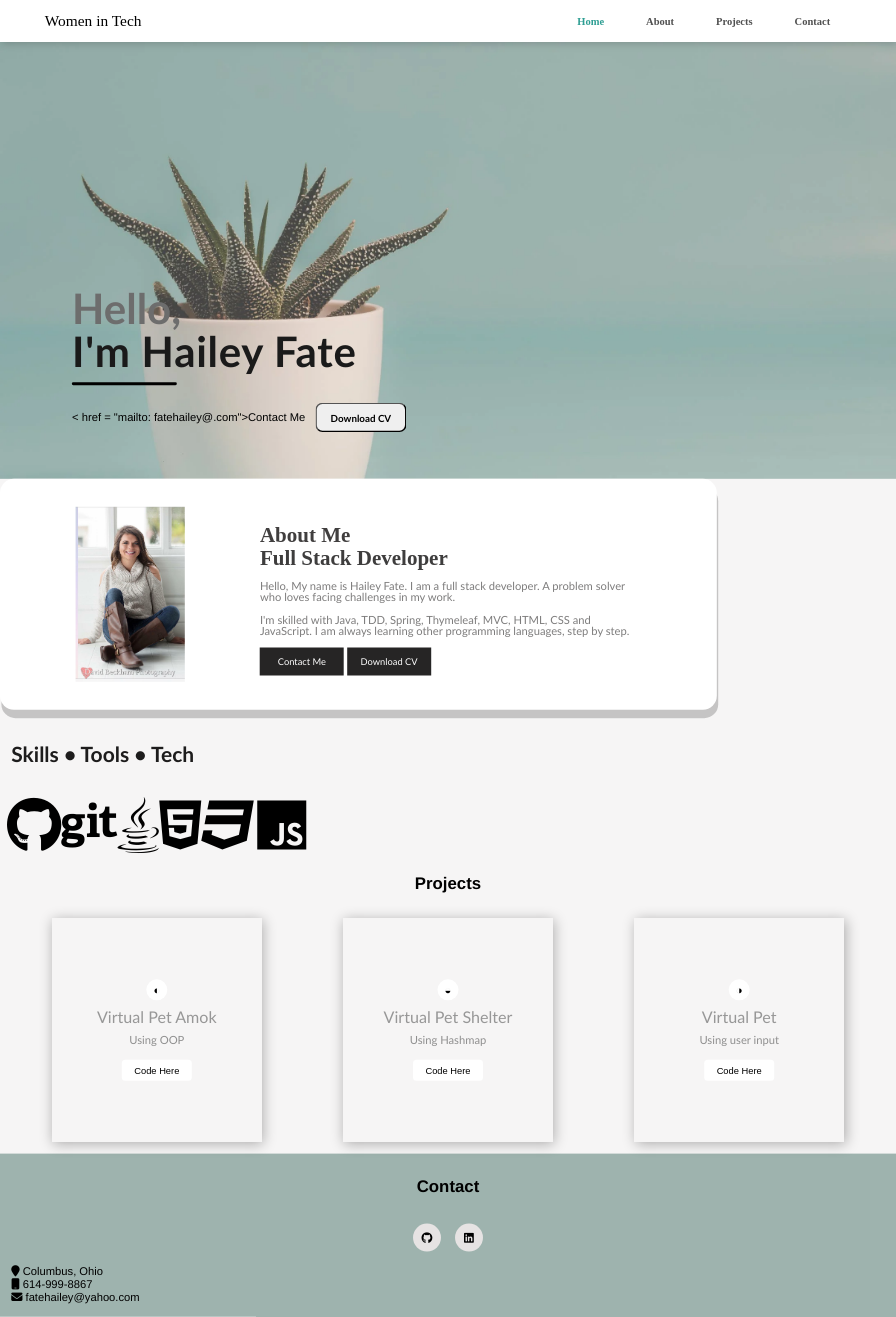
Repository: fatehailey/fatehailey.github.io
Page: index.html
These files come from the project's save history. The page is drawn as it stood at one moment and after the next save; the edit follows.
The browser window is 1280 px wide. The pictures show the whole page, at 70% of full size.
Some web libraries are served in a nearby version.

Above is the page before, as saved 2022-07-25 15:17:39.

### index.html
<!DOCTYPE html>
<html lang="en">

<head>
    <meta charset="UTF-8">
    <meta http-equiv="X-UA-Compatible" content="IE=edge">
    <meta name="viewport" content="width=device-width, initial-scale=1.0">
    <title>Professional Portfolio Website</title>
    <link rel="stylesheet" type="text/css" href="./style.css">
    <script src="https://kit.fontawesome.com/aba5373111.js" crossorigin="anonymous"></script>
</head>
<section>
    <!--------Navbar-->
    <nav>
        <header class="logo"> Women in Tech</header>
        <!--menu-->
        <ul>
            <li><a href="#" class="active">Home</a></li>
            <li><a href="#about">About</a></li>
            <li><a href="#projects">Projects</a></li>
            <li><a href="#contact-form">Contact</a></li>
        </ul>
    </nav>
    <!--text-->
    <div class="text-container">
        <p>Hello,</p>
        <p>I'm Hailey Fate</p>
        <p class="line"></p>
        < href = "mailto: fatehailey@.com"></
        <button id="contact-form">Contact Me</a>
        <a href="Resume -JAVA.pdf">
            <button>Download CV</button>
        </a>

    </div>
</section>
<div class="about-container">
    <!--img-->
    <img src="20638533_10207488042478732_6104525529025967976_n.jpg" />
    <!--about-me-text-->
    <div class="about-text">
        <p id="about">About Me</p>
        <p>Full Stack Developer</p>
        <p>Hello, My name is Hailey Fate. I am a full stack developer. A problem solver who loves facing challenges in
            my work. </p>
        <p>I'm skilled with Java, TDD, Spring, Thymeleaf, MVC, HTML, CSS and JavaScript. I am always learning other
            programming languages, step by step.</p>
        <button id="contacts">Contact Me</button>
        <button onclick="Resume -JAVA.pdf">Download CV</button>
    </div>
</div>

<!--Project-->
<div class="skills">
    <!--text-->
    <div class="skills-text ">
        <p>Skills • Tools • Tech</p>
    </div>
    <div class="column">
        <i class="fa-brands fa-github"></i>
        <i class="fa-brands fa-git"></i>
        <i class="fa-brands fa-java"></i>
        <i class="fa-brands fa-html5"></i>
        <i class="fa-brands fa-css3"></i>
        <i class="fa-brands fa-js"></i>
    </div>
</div>
<h2 id="projects" style="text-align:center">Projects </h2>
<div class="box-container">
    <!--1------------->
    <div class="box-1">
        <span>◐</span>
        <p class="heading">Virtual Pet Amok</p>
        <p class="details">Using OOP</p>
        <a href="https://github.com/2022-April-Java-PT-Classroom/virtual-pet-amok-fatehailey">
            <button>Code Here</button>
        </a>
    </div>
    <!--2------------->
    <div class="box-2">
        <span>◒</span>
        <p class="heading">Virtual Pet Shelter</p>
        <p class="details">Using Hashmap</p>
        <a href="https://github.com/2022-April-Java-PT-Classroom/virtual-pet-shelter-fatehailey">
            <button>Code Here</button>
        </a>
    </div>
    <!--3------------->
    <div class="box-3">
        <span>◑</span>
        <p class="heading">Virtual Pet</p>
        <p class="details">Using user input</p>
        <a href="https://github.com/2022-April-Java-PT-Classroom/virtual-pet-fatehailey">
            <button>Code Here</button>
        </a>
    </div>
</div>
<footer>
    <div class="social-footer">
        <h2 id="contacts" style="text-align:center">Contact</h2>
        <div class="social-icons">
            <a href="https://github.com/fatehailey"><i class="fa-brands fa-github"></i></a>
            <a href="https://www.linkedin.com/in/haileyfate/"><i class="fa-brands fa-linkedin"></i></a>
        </div>
        <div class="place">
            <span class="fa-solid fa-location-pin"></span>
            <span class="text">Columbus, Ohio</span>
        <div class="phone">
            <span class="fa-solid fa-mobile"></span>
            <span class="text">614-999-8867</span>
        </div>
        <div class="email">
            <span class="fa-solid fa-envelope"></span>
            <span class="text">fatehailey@yahoo.com</span>
        </div>

    </div>
</footer>
</body>
</html>

### style.css

body{
    background-color: #f6f5f5;
    margin: 0;
    padding: 0px;
    font-family: 'Franklin Gothic Medium', 'Arial Narrow', Arial, sans-serif;
}
ul{
    list-style: none;
}
a{
    text-decoration: none;
}
section{
    width: 100%;
    height: 95vh;
    background-image: url('pexels-photo-1445416.webp');
    background-repeat: no-repeat;
    background-size: cover;
}
nav{
    display: flex;
    justify-content: space-between;
    align-items: center;
    height: 60px;
    background-color: #FFFFFF;
    box-shadow: 2px 2px 12px rgba(0,0,0,0.2);
    padding: 0px 5%;
}
nav ul{
    display: flex ;
}
nav ul li a{
    margin:30px;
    font-family: myraid pro regular;
    color:#505050;
    font-size: 15px;
    font-weight: 700;
}
.logo{
    font-family: RoadTest;
    color: #000000;
    font-size: 22px;
}
.active{
   font-weight:bold;
   color: #2e9e93;
}
.text-container p:nth-child(1){
    font-family: calibri;
    font-weight: bold;
    color: #6d6d6d;
    font-size: 60px;
    padding-bottom: 1rem;
}
.text-container p:nth-child(2){
    font-family: calibri;
    font-weight: bold;
    letter-spacing: 1px;
    color: #1a1a1a;
    font-size: 60px;
}
.text-container p:nth-child(3){
    font-family: myrid pro regular;
    color: #403e3e;
    font-size: 30px;
    line-height: 30px;
}
.text-container p{
    line-height: 0px;
    margin: 45px 0px 25px;
}
.line{
    width: 150px;
    height: 4px;
    background: #000000;
    margin: 10px auto;
    border-radius: 5px;
}
.text-container{
    position: absolute;
    left: 13%;
    top:42%;
    transform: translate(-13%, 42%);
}
.text-container button{
    width:130px;
    height: 42px;
    border-radius: 10px;
    font-family: calibri;
    font-weight: bold;
    font-size: 14px;
    outline:none;
    margin:0px 10px;
}
.abtme{
    border:2px solid #373636;
    color: #373636;
}
.down-cv{
    background-color: #0b0b0b;
    color: #FFFFFF;
    border: none;
}
button:active{
    transform:scale(1.1);
}

.about-container{
    width: 80%;
    height:330px;
    background-color: #ffffff;
    border-radius: 20px;
    box-shadow: 2px 12px rgba(0,0,0,0.2);
    display:flex;
    position: relative;
    justify-content: space-evenly;
    align-items: center;
}
.about-container img{
    height: 250px;
    margin-left: 5px;
}

.about-text{
    width: 550px;
    margin-left: 5px;;

}
.about-text p:nth-child(1){
    color: #403e3e;
    font-family: myriad pro;
    font-weight: bold;
    font-size: 30px;
    line-height: 0px;
}
.about-text p:nth-child(2){
    color: #3e3d3d;
    font-size: 30px;
    font-family: myriad pro;
    font-weight: bold;
    line-height: 5px;
}
.about-text p:nth-child(3),
.about-text p:nth-child(4){
    color: #7e7d7d;
    font-size: 20pxpx;
    font-family: calibri;
    line-height: 16px;
}
.about-text button{
    width:120px;
    height:40px;
    color: #FFFFFF;
    outline: none;
    border:none;
    font-family: calibri;
    background-color: #262525;
}
.skills-text p:nth-child(1){
	font-family: calibri;
	font-weight:bold;
	color:#1d1c1c;
	font-size:30px;
	line-height:0px;
}
.skills-text{
    padding-top: 2rem;
    padding-bottom: 2rem;
    padding-left: 1rem;;
	width: 500px;
    display: flex;
}
.column
{
    flex: 50%;
    padding: 0 10px 10px;
    display: flex;
    flex-flow: row wrap;
    margin-bottom: 15px;
    font-size: 5rem;
}
.column img
{
    float: left;
    width:  100px;
    height: 100px;
    object-fit: cover;
}
.box-container{
	display:flex;
	justify-content: space-around;
    padding: 1rem;
}
.box-1,.box-2,.box-3{
	width: 300px;
	height:320px;
	background-repeat: no-repeat;
	background-size: cover;
	box-shadow:2px 2px 18px rgba(0,0,0,0.3);
	align-items: center;
	justify-content: center;
	display: flex;
	flex-direction: column;
	margin: 0px 20px;
}
.box-1 span,
.box-2 span,
.box-3 span{
	width:30px;
	height:30px;
	border-radius:50%;
	background-color:#ffffff;
	display: flex;
	justify-content: center;
	align-items:center;
	font-family: calibri;
	font-weight: bold;
}
.box-1 p:nth-child(2),
.box-2 p:nth-child(2),
.box-3 p:nth-child(2){
	color:#979797;
	font-family: calibri;
	font-size: 23px;
	line-height:0px;

}
.box-1 p:nth-child(3),
.box-2 p:nth-child(3),
.box-3 p:nth-child(3){
	font-family: calibri;
	color:#8F8F8F;
	text-align:center;
	width: 230px;
	margin:0px 0px 20px 0px;

}
.box-1 button,
.box-2 button,
.box-3 button{
	width:100px;
	height:30px;
	background-color:#FFFFFF;
	border:none;
	outline: none;
	border-radius:5px;
}
footer{
    background-color: #9eb3ae;
    height: 220px;
    width: 100%;
    min-height: 5rem;
    margin: auto;
    padding-top: 1%;
}
.place{
    padding-left: 1rem;

}

.social-icons a{
    width:40px;
    height:40px;
    display: flex;
    justify-content: center;
    align-items: center;
    background-color:#e6e3e3;
    margin:20px 10px;
    border-radius:50%;
}
.social-icons{
    display: flex;
    justify-content: center;
}

.social-icons i,.social i{
    color:#000000;
}
.social-icons a:hover{
    background-color:#000000;
    box-shadow:2px 2px 12px rgba(0,0,0,0.2);
    transition:all ease 0.5s;
}
.social-icons a:hover i,
.social a:hover i{
    color:#FFFFFF;
    transition:all ease 0.5s;
}

After the next save:
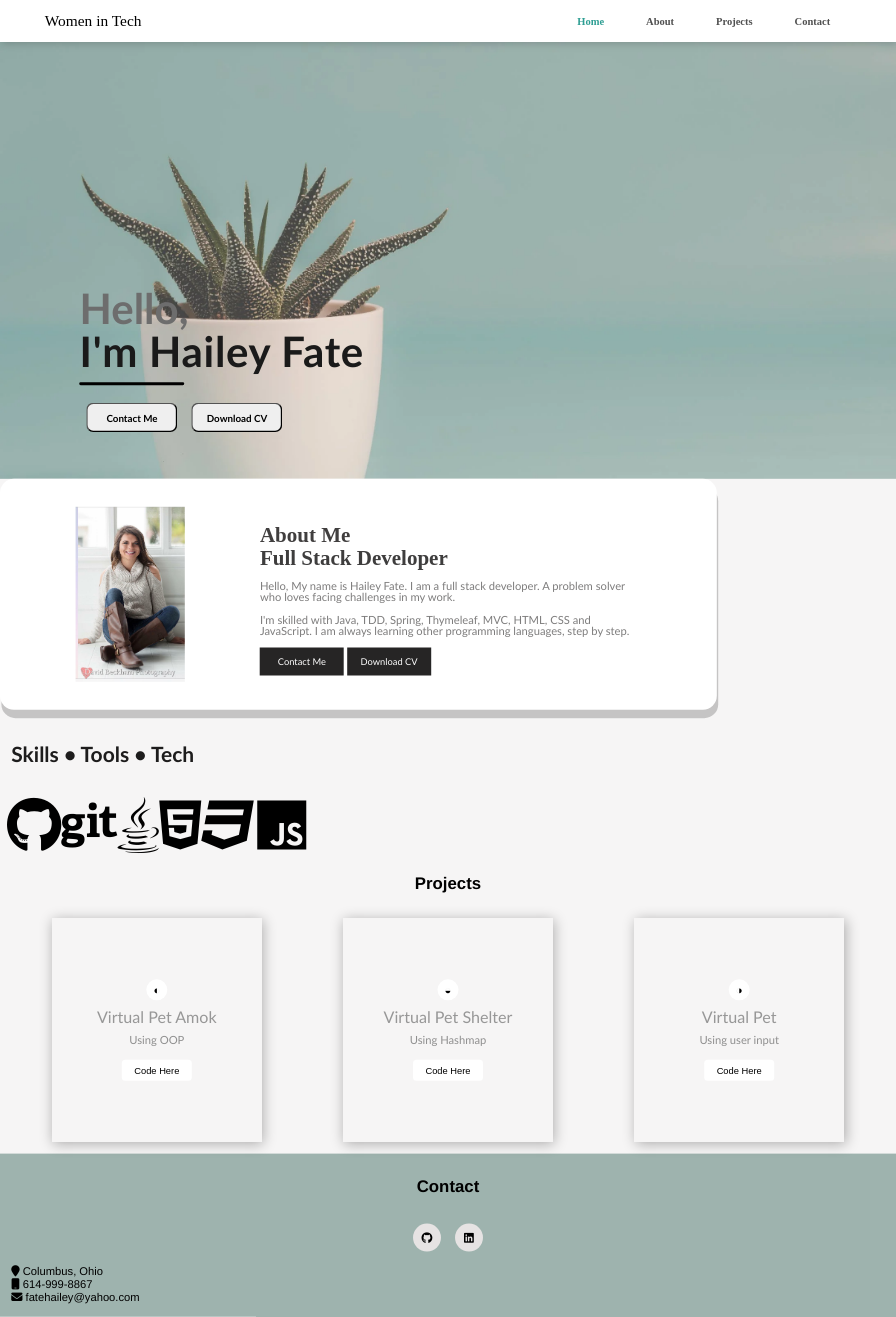
Saved 33 s later.
--- a/index.html
+++ b/index.html
@@ -26,7 +26,7 @@
         <p>Hello,</p>
         <p>I'm Hailey Fate</p>
         <p class="line"></p>
-        < href = "mailto: fatehailey@.com"></
+        <a href = "mailto: fatehailey@.com"></a>
         <button id="contact-form">Contact Me</a>
         <a href="Resume -JAVA.pdf">
             <button>Download CV</button>
